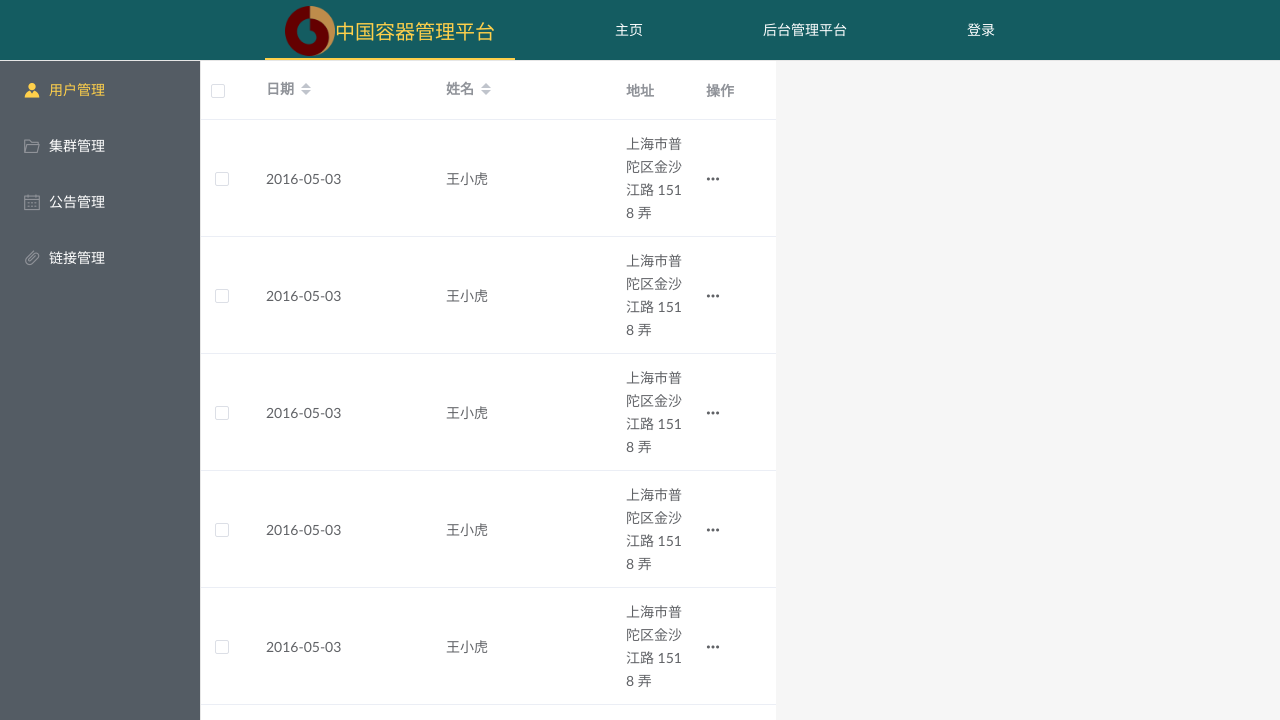
Repository: lei123zhou/zhongjin
Page: /main/management/user
The author's editor kept a copy of each file at every save. The page is drawn from the files as they stood at one save, then again after a run of saves.
The browser window is 1280 px wide. The pictures show the whole page.
The project was rebuilt for these pictures with package versions that can differ from the ones it lists, and the page was loaded fresh each time. Also part of the build but not shown: vue.config.js.

Above is the page before, as saved 2022-08-29 22:10:06.

After the next 2 saves:
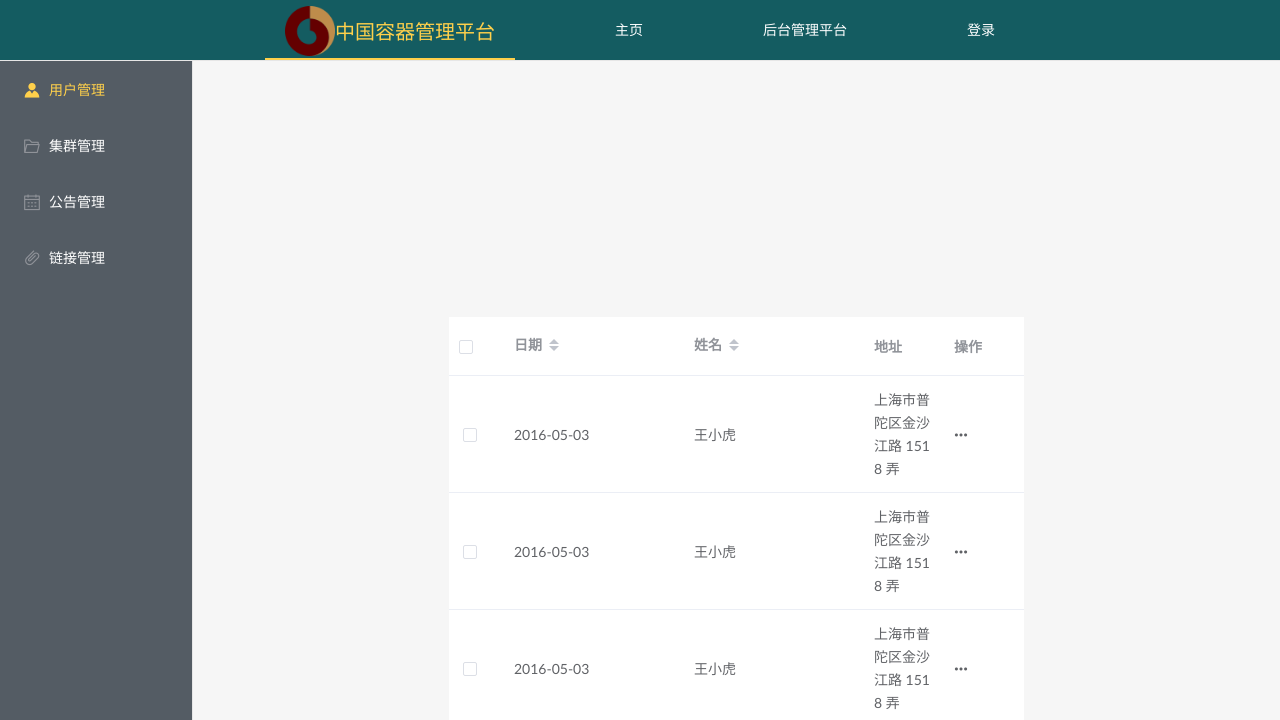
The 2 saves are shown as one change because they came seconds apart.
The last was saved 13 s later.
--- a/src/pages/management/user/UserPage.vue
+++ b/src/pages/management/user/UserPage.vue
@@ -142,6 +142,6 @@ export default {
 
 <style lang="less" scoped>
 .user{
-    margin: ;
+    margin: 20vw;
 }
 </style>
